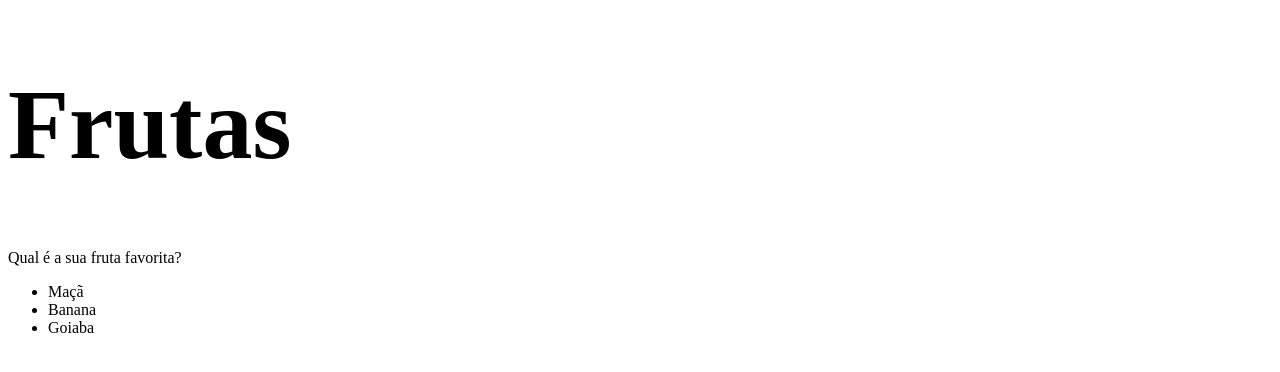
Repository: rafaelsales-97/dia2
Page: index.html
These files come from the project's save history. The page is drawn as it stood at one moment and after the next save; the edit follows.
The browser window is 1280 px wide. The pictures show the whole page.

Above is the page before, as saved 2023-04-19 20:55:24.

After the next save:
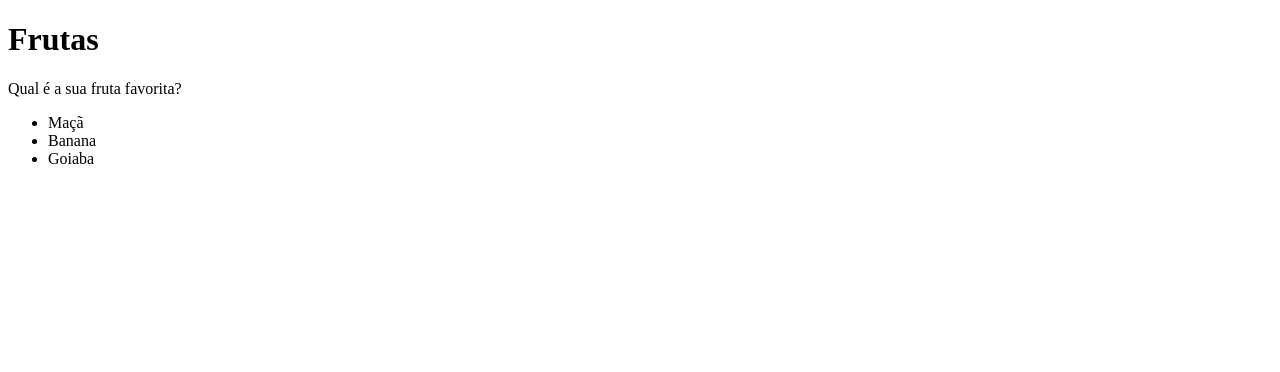
Saved 21 s later.
--- a/index.html
+++ b/index.html
@@ -5,7 +5,7 @@
     <title>HTML</title>
     <style>
         h1{
-            font-size: 100px;
+            font-size: "65px";
         }
     </style>
   </head>
